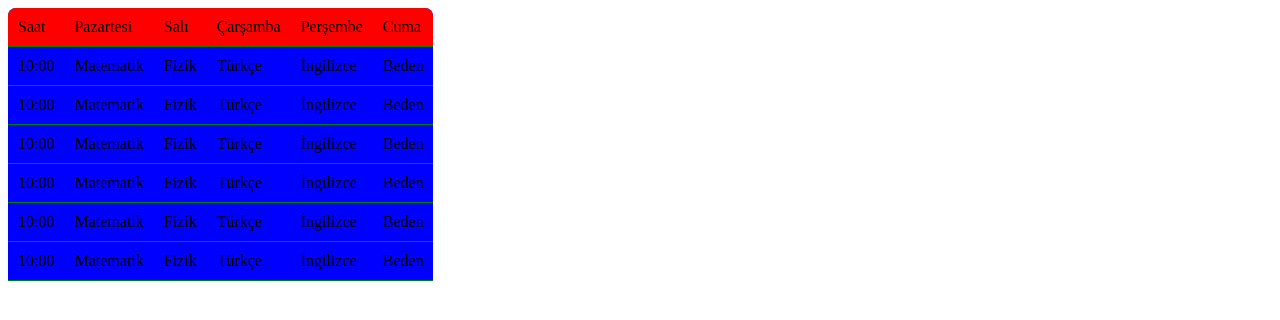
Repository: ahmetbugraozcan/css-ders-programi
Page: deneme2.html
An editor plug-in stored every save of this project. The page is shown before and after the next save, followed by the edit.
The browser window is 1280 px wide. The pictures show the whole page.

Above is the page before, as saved 2021-07-10 14:35:53.

### deneme2.html
<!DOCTYPE html>
<html>

<head>
    <style>
        *{
            box-sizing: border-box;
        }
        .head {
            background-color: red;

        }
        .row {
            border-radius: 8px 8px 0 0;
            overflow: hidden;
            display: flex;
            flex-direction: row;
            background-color: blue;
            width: 425px;
        }
        .row > div > div{
            border-bottom: 1px solid green;
        }

        .row > div > div , .head{
            padding: 10px;
        }

    </style>
</head>

<body>
    <div class="row">
        <div>
            <div class="head"> Saat</div>
            <div>10:00</div>
            <div>10:00</div>
            <div>10:00</div>
            <div>10:00</div>
            <div>10:00</div>
            <div>10:00</div>
        </div>
        <div>
            <div class="head"> Pazartesi</div>
            <div>Matematik</div>
            <div>Matematik</div>
            <div>Matematik</div>
            <div>Matematik</div>
            <div>Matematik</div>
            <div>Matematik</div>
        </div>
        <div>
            <div class="head">Salı</div>
            <div>Fizik</div>
            <div>Fizik</div>
            <div>Fizik</div>
            <div>Fizik</div>
            <div>Fizik</div>
            <div>Fizik</div>
        </div>
        <div>
            <div class="head">Çarşamba</div>
            <div>Türkçe</div>
            <div>Türkçe</div>
            <div>Türkçe</div>
            <div>Türkçe</div>
            <div>Türkçe</div>
            <div>Türkçe</div>

        </div>
        <div>
            <div class="head">Perşembe</div>
            <div>İngilizce</div>
            <div>İngilizce</div>
            <div>İngilizce</div>
            <div>İngilizce</div>
            <div>İngilizce</div>
            <div>İngilizce</div>
        </div>
        <div>
            <div class="head">Cuma</div>
            <div>Beden</div>
            <div>Beden</div>
            <div>Beden</div>
            <div>Beden</div>
            <div>Beden</div>
            <div>Beden</div>

        </div>
    </div>

</body>

</html>

After the next save:
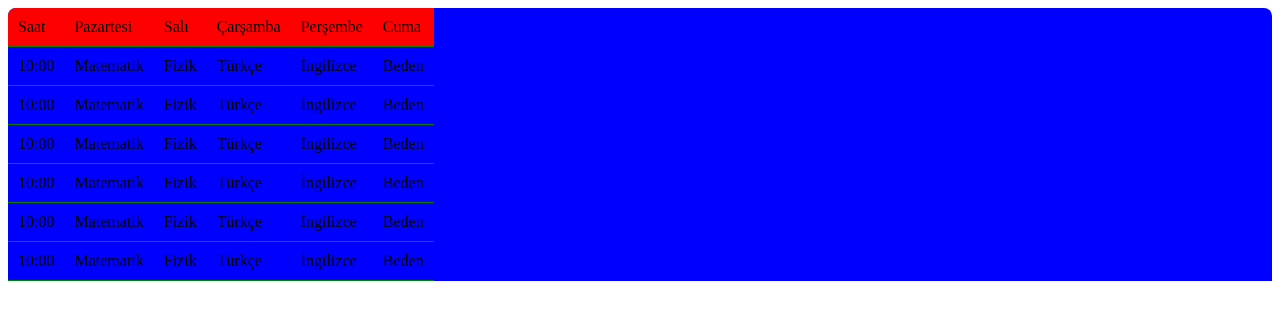
Saved 43 s later.
--- a/deneme2.html
+++ b/deneme2.html
@@ -16,7 +16,8 @@
             display: flex;
             flex-direction: row;
             background-color: blue;
-            width: 425px;
+            max-width:100%;
+  max-height:100%;
         }
         .row > div > div{
             border-bottom: 1px solid green;
